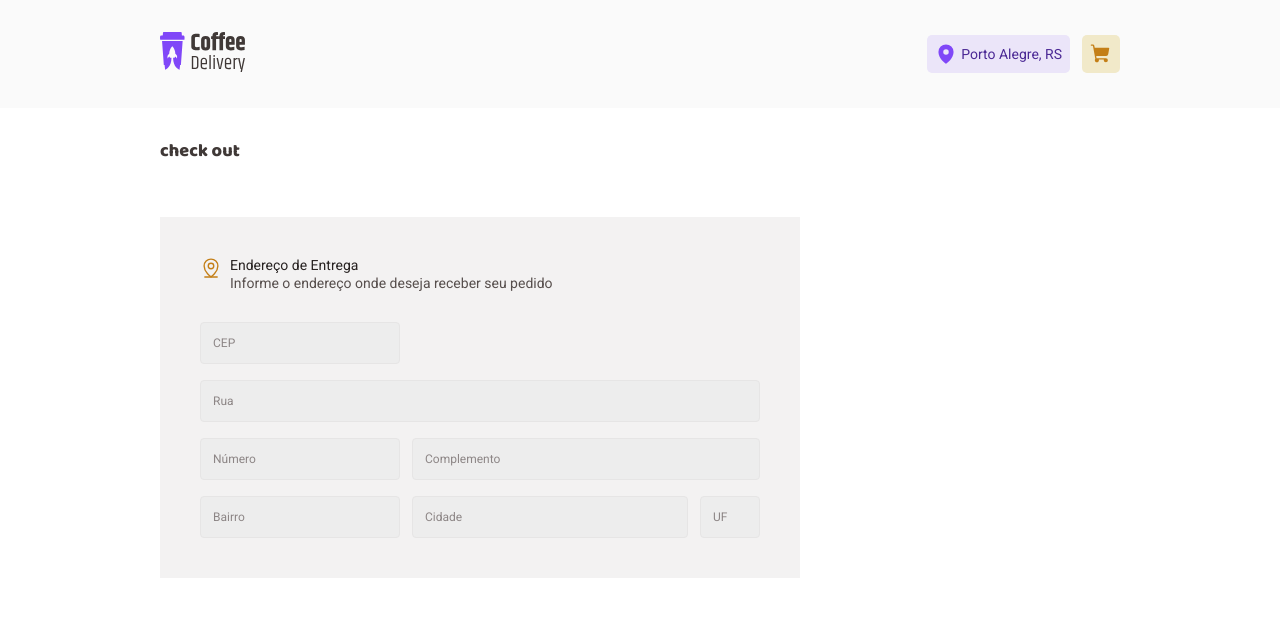
Repository: caueenrico/CoffeDelivery
Page: /checkout
These files come from the project's save history. The page is drawn as it stood at one moment and after the next save; the edit follows.
The browser window is 1280 px wide. The pictures show the whole page.
The project was rebuilt for these pictures with package versions that can differ from the ones it lists, and the page was loaded fresh each time. Also part of the build but not shown: vite.config.ts, src/components/CoffesOptions/styled.ts, src/components/CoffeCards/styles.ts, src/components/IpuntNumber/styles.ts, src/components/IpuntNumber/index.tsx, src/components/CartOfCard/styles.ts, src/components/CartOfCard/index.tsx, src/utils/formatMoney.ts and 4 more.

Above is the page before, as saved 2022-09-22 15:28:58.

### index.html
<!DOCTYPE html>
<html lang="en">
  <head>
    <meta charset="UTF-8" />

    <link rel="preconnect" href="https://fonts.googleapis.com" />
    <link rel="preconnect" href="https://fonts.gstatic.com" crossorigin />
    <link
      href="https://fonts.googleapis.com/css2?family=Baloo+2:wght@700;800&family=Roboto:wght@400;700&display=swap"
      rel="stylesheet"
    />

    <link rel="icon" type="image/svg+xml" href="/vite.svg" />
    <meta name="viewport" content="width=device-width, initial-scale=1.0" />
    <title>Vite + React + TS</title>
  </head>
  <body>
    <div id="root"></div>
    <script type="module" src="/src/main.tsx"></script>
  </body>
</html>

### src/App.tsx
import { BrowserRouter } from "react-router-dom";
import { ThemeProvider } from "styled-components";
import { Router } from "./Router";
import { defaultTheme } from "./styles/themes/default";
import { GlobalStyle } from "./styles/themes/global";

export function App() {
  return (
    <ThemeProvider theme={defaultTheme}>
      <BrowserRouter>
        <Router />
      </BrowserRouter>
      <GlobalStyle />
    </ThemeProvider>
  );
}

### src/Router.tsx
import { Routes, Route } from 'react-router-dom'
import { DefaultLayout } from './layouts/DefaultLayout'
import { CheckOut } from './pages/CheckOut'
import { Home } from './pages/Home'



export function Router() {
  return (
    <Routes>
      <Route path="/" element={<DefaultLayout />}>
        <Route path="/" element={<Home />} />
        <Route path="/checkout" element={<CheckOut />} />
      </Route>
    </Routes>
  )
}

### src/styles/themes/default.ts
export const defaultTheme = {
  white: '#FFFFFF',

  // PRODUTOS
  'yellow-dark': '#C47F17',
  'yellow': '#DBAC2C',
  'yellow-light': '#F1E9C9',

  'purple-dark': '#4B2995',
  'purple': '#8047F8',
  'purple-light': '#EBE5F9',

  //BASE
  'title':'#272221',
  'subtitle': '#403937',
  'text':'#574F4D',
  'label':'#8D8686',
  'hover':'#D7D5D5',
  'button':'#E6E5E5',
  'input':'#EDEDED',
  'card':'#F3F2F2',
  'background':'#FAFAFA'
}

### src/styles/themes/global.ts
import { createGlobalStyle } from "styled-components";


export const GlobalStyle = createGlobalStyle`
  *{
    margin: 0;
    padding: 0;
    box-sizing: border-box;
  }

  :focus{
    outline: 0;
  }

  body{
    -webkit-font-smoothing: antialiased;
  }

  body,input,textarea,button{
    font-family: 'Roboto', sans-serif;
    font-weight: 400;
    font-size: 1rem;
  }

  input::-webkit-outer-spin-button,
  input::-webkit-inner-spin-button {
    -webkit-appearance: none;
    margin: 0;
  }
  input[type="number"] {
    -moz-appearance: textfield;
  }

`

### src/layouts/DefaultLayout/index.tsx
import { Outlet } from 'react-router-dom'
import { Header } from '../../components/Header'
import { LayoutContainer } from './styles'

export function DefaultLayout() {
  return (
    <div>
      <LayoutContainer>
        <Header />
        <Outlet />
      </LayoutContainer>
    </div>
  )
}

### src/pages/CheckOut/index.tsx
import { MapPinLine } from "phosphor-react";
import { useTheme } from "styled-components";
import { TilteText } from "../Home/styles";
import { AddressForm } from "./AddresForm";
import { TextCheck } from "./components/TextosCheck";
import { AddressFormContainer, ContainerCheckOut } from "./styles";

export function CheckOut() {
  return (
    <>
      <TilteText>check out</TilteText>

      <ContainerCheckOut>
        <TextCheck
          icon={<MapPinLine size={22} color="#C47F17" />}
          title="Endereço de Entrega"
          subtitle="Informe o endereço onde deseja receber seu pedido"
        />

        <AddressForm />

      </ContainerCheckOut>
    </>
  );
}

### src/components/Header/index.tsx
import { HeaderContainer, NavHeaders } from "./styles";
import logo from '../assets/logo.svg';
import { Locations } from "../Locations";
import { Cart } from "../Cart";
import { NavLink } from "react-router-dom";


export function Header() {
  return (
    <HeaderContainer>
      <NavLink to='/'>
      <img src={logo} alt="" />
      </NavLink>

      <NavHeaders>
        <Locations />
        <NavLink to='/checkout'>
          <Cart/>
        </NavLink>
      </NavHeaders>
    </HeaderContainer>
  );
}

### src/layouts/DefaultLayout/styles.ts
import styled from 'styled-components'

export const LayoutContainer = styled.div`

`

### src/pages/Home/styles.ts
import Background from '../assets/Background.png'

import styled from "styled-components";

export const BannerContainer = styled.div`

display: flex;
align-items: center;
justify-content: space-between;

padding: 94px 160px;

background-image: url(${Background});
background-position: center;
background-repeat: no-repeat;
background-size: cover;

`

export const TextContainer = styled.div`
 max-width: 588px;

 h1{
  font-family: 'Baloo 2';
  font-style: normal;
  font-weight: 800;
  font-size: 48px;
  line-height: 130%;
  color: ${props => props.theme['title']}
 }

  span {
    font-family: 'Roboto';
    font-weight: 400;
    font-size: 20px;
    line-height: 130%;
    color: ${props => props.theme['subtitle']}
  }




`

export const Benefist = styled.div `

  margin-top: 66px;
  max-width: 567px;
  color: ${props => props.theme['text']};

  ul {
    list-style-type: none;
    display: flex;
    gap: 40px;

  }

  ul li{
    font-size: 16px;
    display: flex;
    align-items: center;
    margin-bottom: 20px;
    gap: 12px;


  }

  .test{
    width: 231px;
  }
`

export const ProductsContainer = styled.div`

  h1{
    font-family: 'Baloo 2';
    font-style: normal;
    font-weight: 800;
    font-size: 32px;
    line-height: 130%;

    margin-left: 160px;
    margin-top: 32px;
    margin-bottom: 54px;

    color:${props => props.theme['subtitle']}
  }



`

export const TilteText = styled.h1`
    font-family: 'Baloo 2';
    font-style: normal;
    font-weight: 800;
    font-size: 18px;
    line-height: 130%;

    margin-left: 160px;
    margin-top: 32px;
    margin-bottom: 54px;

    color:${props => props.theme['subtitle']}
`

### src/pages/CheckOut/AddresForm.tsx
import { InputForm } from "../../components/InpuitForm";
import { AddressFormContainer } from "./styles";



export function AddressForm(){
  return(
    <AddressFormContainer>
      <InputForm placeholder="CEP" type='number' className="cep"/>
      <InputForm placeholder="Rua" className="street"/>
      <InputForm placeholder="Número" type='number'/>
      <InputForm placeholder="Complemento" className="complemento"/>
      <InputForm placeholder="Bairro" />
      <InputForm placeholder="Cidade"/>
      <InputForm placeholder="UF"/>
    </AddressFormContainer>
  )
}

### src/pages/CheckOut/components/TextosCheck/index.tsx
import { ReactNode } from "react"
import { SectionTitleContainer } from "./styles"

interface TextCheckProps{
  title: string
  subtitle: string
  icon: ReactNode
}

export function TextCheck({title,subtitle,icon}: TextCheckProps){
  return(
    <SectionTitleContainer>
      {icon}
      <div>
        <h1>{title}</h1>
        <span>{subtitle}</span>
      </div>
    </SectionTitleContainer>
  )
}

### src/pages/CheckOut/styles.ts
import styled from "styled-components";

export const ContainerCheckOut = styled.div `

  margin-left: 160px;
  display: flex;
  flex-direction: column;
  max-width: 40rem;
  background: ${props => props.theme.card};
`

export const AddressFormContainer = styled.div`
  width: 100%;

  margin: 40px;
  display: grid;
  grid-template-columns: 12.5rem 17.25rem 3.75rem;
  column-gap: 0.75rem;
  row-gap: 1rem;
  grid-auto-flow: dense;

  .cep{
    grid-column: span 3;
    max-width: 12.5rem;
  }

  .street{
    grid-column: span 3;
  }

  .complemento {
    grid-column: span 2;
  }

`

### src/components/Header/styles.ts
import styled from "styled-components";

export const HeaderContainer = styled.div`

  min-height: 104px;

  display: flex;
  align-items: center;
  justify-content: space-between;

  padding: 32px 160px;

  background-color: ${props => props.theme['background']};

  position: sticky;
  top: 0;
  left: 0;
  z-index: 5;

`
export const NavHeaders = styled.nav`
  display: flex;
  gap: 12px;

`

### src/components/Locations/index.tsx
import { MapPin } from "phosphor-react";
import { LocationsContainer } from "./styles";


export function Locations (){

  return (
    <LocationsContainer>
        <MapPin size={22} weight='fill' color="#8047F8"/> Porto Alegre, RS
    </LocationsContainer>
  )
}

### src/components/Cart/index.tsx
import { ShoppingCart } from "phosphor-react";
import React from "react";
import { CartContainer } from "./styles";

export function Cart (){
  return(
    <CartContainer>
      <ShoppingCart size={22} weight='fill'/>
    </CartContainer>
  )
}

### src/components/InpuitForm/index.tsx
import { InputHTMLAttributes } from "react";
import { InputStyleContainer } from "./styles";

type InputProps = InputHTMLAttributes<HTMLInputElement>

export function InputForm({...props}:InputProps ){
  return(
    <InputStyleContainer {...props}/>
  )
}

### src/pages/CheckOut/components/TextosCheck/styles.ts
import styled from "styled-components";

export const SectionTitleContainer = styled.div`
  display: flex;
  gap: 0.5rem;
  margin: 40px;
  margin-bottom: -10px;

  div{
    h1{
      font-size: 0.875rem;
      font-weight: 400;
      color: ${props => props.theme.title};
    }
    span{
      font-size: 0.875rem;
      font-weight: 400;
      color: ${props => props.theme.text};
    }
  }

`

### src/components/Locations/styles.ts
import styled from "styled-components";

export const LocationsContainer = styled.div`
  border-radius: 5px;

  max-width: 143px;
  padding: 8px;
  font-size: 14px;

  background-color: ${props => props.theme['purple-light']};
  color: ${props => props.theme['purple-dark']};

  display: flex;
  justify-content: center;
  align-items: center;
  gap: 4px;



`

### src/components/Cart/styles.ts
import styled from "styled-components";

export const CartContainer = styled.button`
  max-width: 38px;
  max-height: 38px;
  border-radius: 5px;
  border: none;

  background-color: ${props => props.theme['yellow-light']};
  color: ${props => props.theme['yellow-dark']};

  display: flex;
  align-content: center;
  align-items: center;

  padding: 8px;

`

### src/components/InpuitForm/styles.ts
import styled from "styled-components";

export const InputStyleContainer = styled.input`
  height: 2.625rem;
  border-radius: 4px;
  border: 1px solid ${props => props.theme.button};
  background: ${props => props.theme.input};
  transition: 0.4s;

  &:focus{
    border-color: ${props => props.theme["yellow-dark"]};
  }

  color: ${props => props.theme["text"]};
  font-size: 00.75rem;
  padding: 0 0.75rem;

  &::placeholder{
    color: ${props => props.theme["label"]};
  }
`

Loaded but not shown: src/main.tsx (common file)

After the next save:
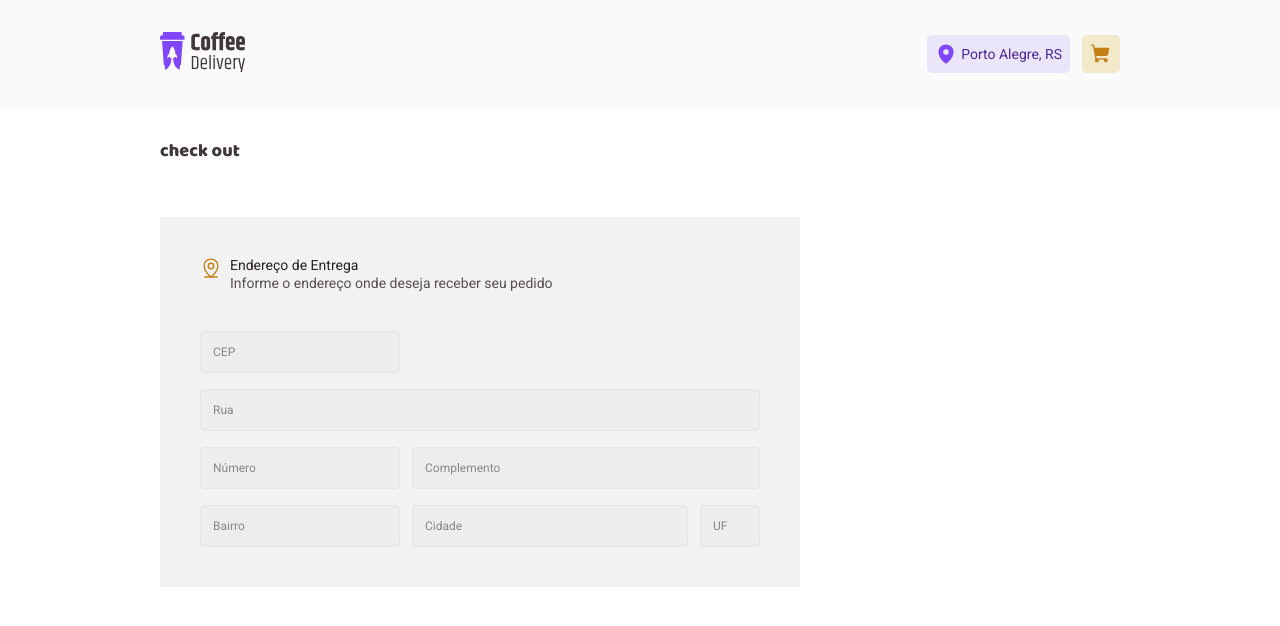
Saved 16 s later.
--- a/src/pages/CheckOut/components/TextosCheck/styles.ts
+++ b/src/pages/CheckOut/components/TextosCheck/styles.ts
@@ -4,7 +4,7 @@ export const SectionTitleContainer = styled.div`
   display: flex;
   gap: 0.5rem;
   margin: 40px;
-  margin-bottom: -10px;
+  margin-bottom: -1px;
 
   div{
     h1{
